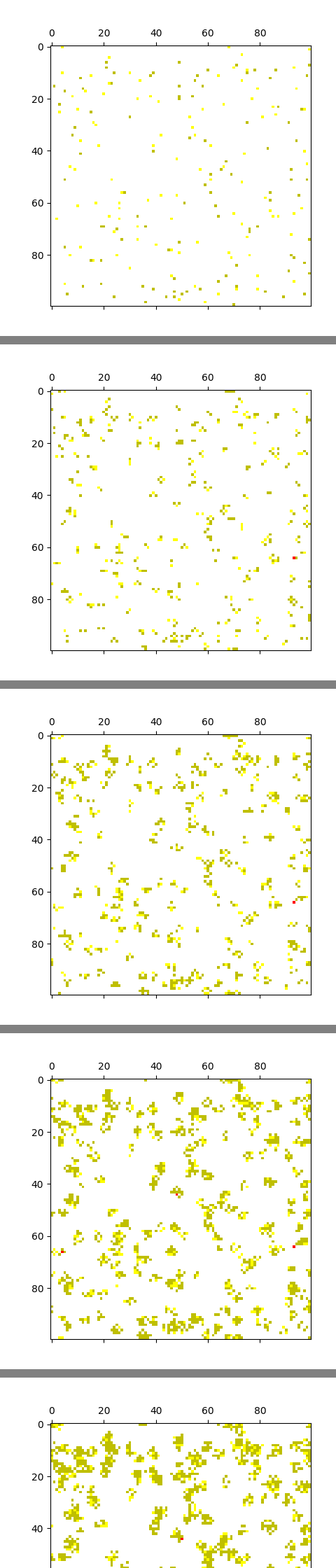
Repository: eduardodut/Trabalho_final_estatistica_cd
Script's output: python src/Simulador.py
An editor plug-in stored every save of this project. The script's output is shown before and after the next save, followed by the edit.
The pictures show rows 0 to 2240 of an output 3924 px tall, at 70% of full size.
Each picture stacks the figures in order, with grey between them; figures that are only written to a file come last. The script is stopped after its 8th figure. Random numbers start from a fixed seed.

Above is the script's output before, as saved 2020-07-10 19:16:19.

After the next save:
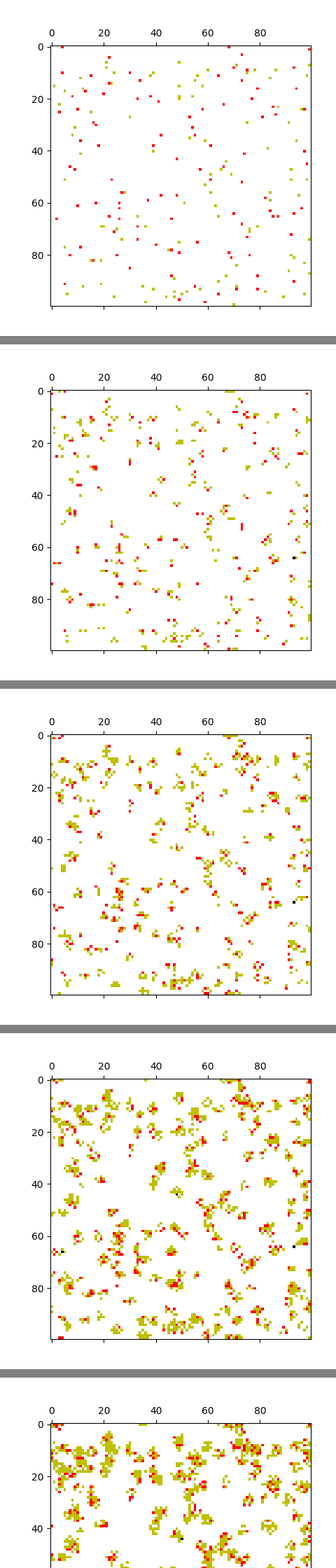
Saved 76 s later.
--- a/src/Simulador.py
+++ b/src/Simulador.py
@@ -350,7 +350,7 @@ sim = Simulador(
 #print(sim.lista_matrizes_posicionamento[0])
 #print(sim.lista_infectados_tipo_2)
 #print(sim.lista_infectados_tipo_1)
-cmap = ListedColormap(['w', 'y', 'yellow', 'red'])
+cmap = ListedColormap(['w', 'y', 'r', 'blue', 'black'])
 
 for i in range(10):
     plt.matshow(sim.lista_matrizes_posicionamento[i].toarray(), cmap = cmap, vmin= 0, vmax = 4)
